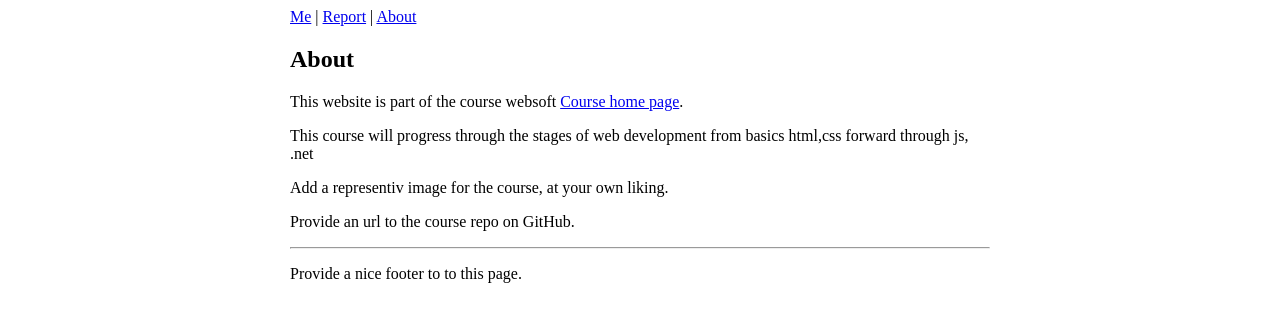
Repository: Webbprogrammering/websoft
Page: work/report/about.html
The author's editor kept a copy of each file at every save. The page is drawn from the files as they stood at one save, then again after the next save.
The browser window is 1280 px wide. The pictures show the whole page.

Above is the page before, as saved 2020-01-24 07:24:59.

After the next save:
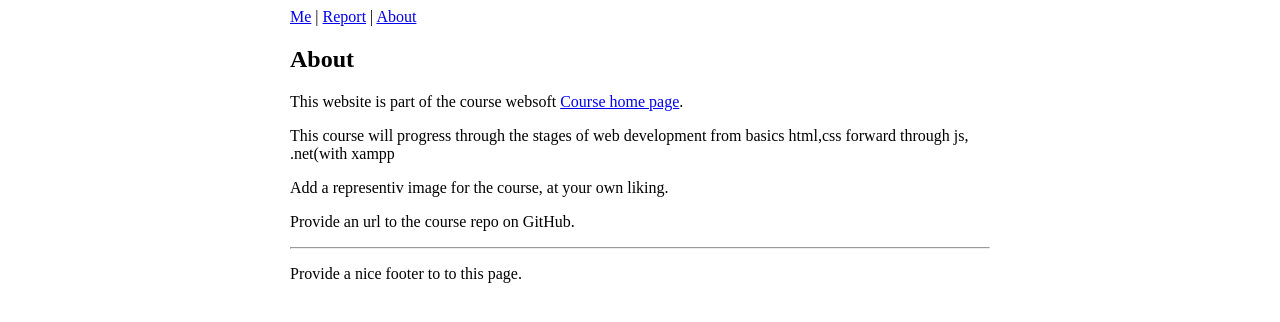
Saved 7 s later.
--- a/work/report/about.html
+++ b/work/report/about.html
@@ -26,7 +26,7 @@
 
 <p>This website is part of the course websoft <a href="https://www.hkr.se/kurs/DA377B/kursplan">Course home page</a>. <i></i></p>
 
-<p>This course will progress through the stages of web development from basics html,css forward through js, .net</p>
+<p>This course will progress through the stages of web development from basics html,css forward through js, .net(with xampp</p>
 
 <p>Add a representiv image for the course, at your own liking.</p>
 
